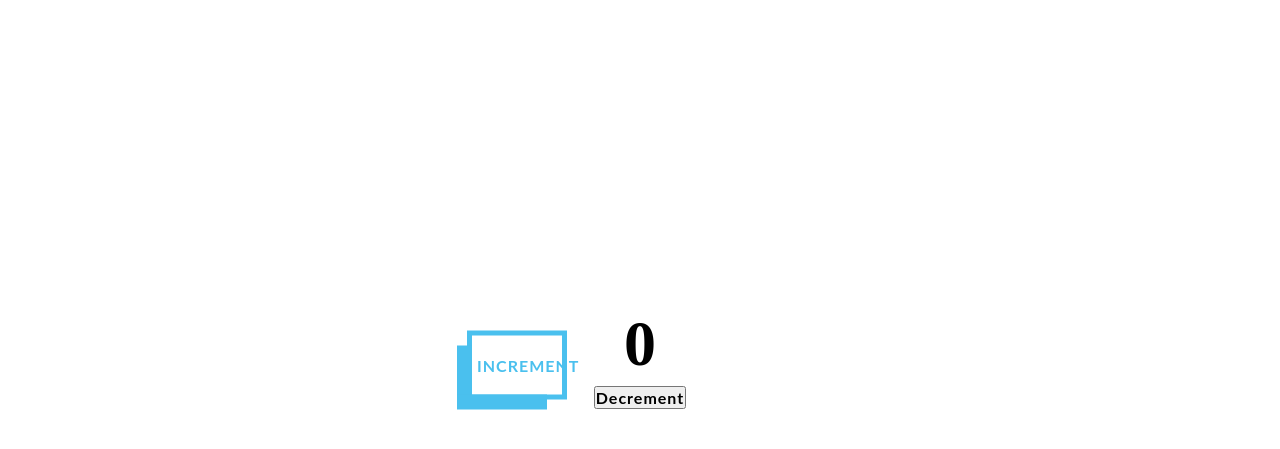
Repository: Ellisvelandia/react_introduction_test
Page: /
The author's editor kept a copy of each file at every save. The page is drawn from the files as they stood at one save, then again after the next save.
The browser window is 1280 px wide. The pictures show the whole page.
The project was rebuilt for these pictures with package versions that can differ from the ones it lists, and the page was loaded fresh each time. Also part of the build but not shown: src/index.css.

Above is the page before, as saved 2022-08-15 20:07:55.

After the next save:
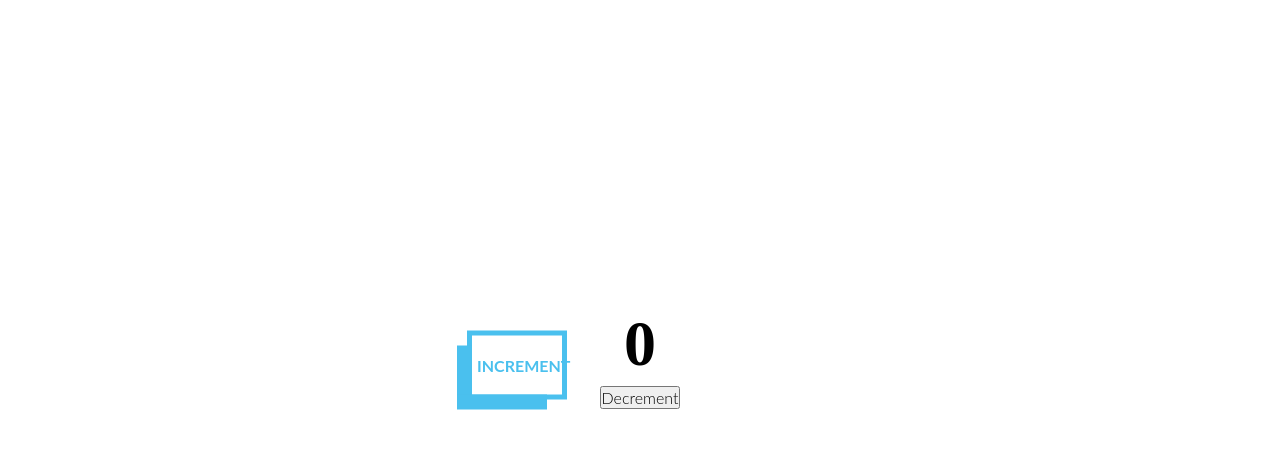
Saved 14 s later.
--- a/src/App.scss
+++ b/src/App.scss
@@ -27,8 +27,6 @@ button {
   margin: 5px;
   font-family: "Lato", sans-serif;
   font-weight: 300;
-  letter-spacing: 1px;
-  font-weight: bold;
 }
 
 
